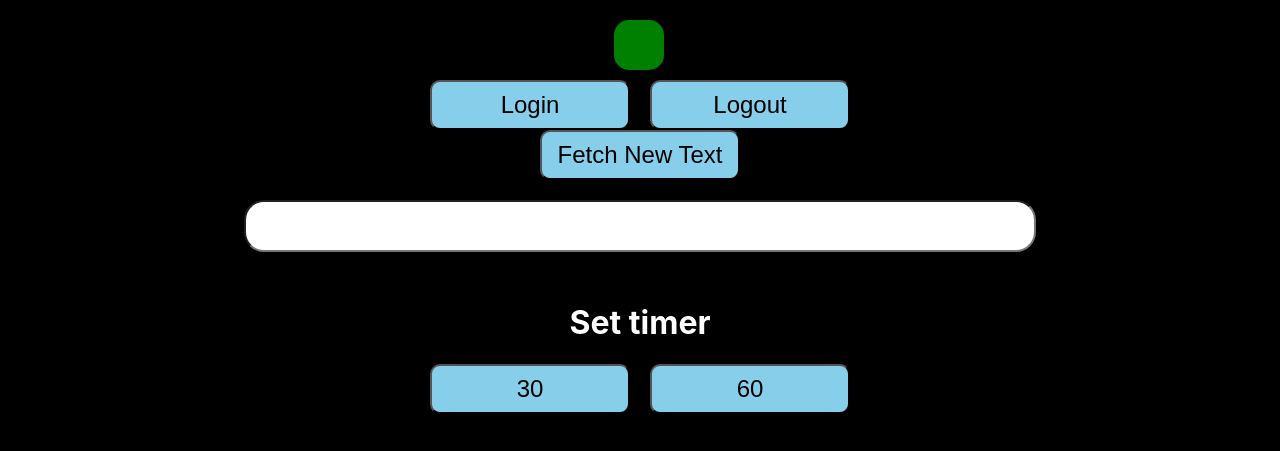
Repository: abhaysharma20233009/swiftKey
Page: / (app in frontend/my-app/)
An editor plug-in stored every save of this project. The page is shown before and after the next save, followed by the edit.
The browser window is 1280 px wide. The pictures show the whole page.
The page's requests for data from a server got no answer. The project was rebuilt for these pictures with package versions that can differ from the ones it lists, and the page was loaded fresh each time. No one was signed in, and anything a server would have sent is missing. Also part of the build but not shown: frontend/my-app/src/Results.js, frontend/my-app/src/Login.js.

Above is the page before, as saved 2024-10-10 19:49:54.

### frontend/my-app/src/App.js
//App.js

import './App.css';
import React from 'react';
import { BrowserRouter as Router, Route, Routes } from 'react-router-dom';
import Swift from './Swifts';
import Results from './Results';
import Login from './Login';
const App = () => {
    return (
        <Router>
			<div className="App">
            <Routes>
                <Route path="/" element={<Swift />} />
                <Route path="/results" element={<Results />} />
                <Route path="/login" element={<Login />} />
            </Routes>
			</div>
        </Router>
    );
};

export default App;

### frontend/my-app/src/App.css
.App {
  text-align: center;
  color:white;
}

body{
  background-color:black;
}

.log{
  color:black;
  margin-left: 10px;
  margin-right: 10px;
  background-color: skyblue;
  border-radius: 10px;
  height:50px;
  width:200px;
  justify-self: end;
  font-size: x-large;
}




.in{
  border-radius:20px;
  font-size: 24px;
  width: 60%;
  padding: 10px;
  margin: 20px 0;
}

.hea{
  margin-top: 100px;
  margin-bottom: 50px;
  margin-left:25%;
  background-color: lightgray;
  font-size: 24px;
  background-color:green;
  width:50%;
  height:50px;
  border-radius:30px;
  text-align: center;
}

.lo{
  text-align:center;
}
.Timer{
  height:50px;
  font-size:30px;
  margin-bottom: 10px;
  background-color:green;
  width:50px;
  margin-left:48%;
  border-radius: 15px;
}

### frontend/my-app/src/Swifts.js
import React, { useState, useEffect } from 'react';
import { useNavigate, useLocation } from 'react-router-dom';

function Swifts() {
    const [message, setMessage] = useState('');
    const [inputValue, setInputValue] = useState('');
    const [currentWordIndex, setCurrentWordIndex] = useState(0);
    const [time, setTime] = useState(0);
    const navigate = useNavigate();
    const location = useLocation();
    const [countdown, setCountdown] = useState(null);
    const  [wordTyped,setWordTyped]=useState(0);

    // Retrieve username from location state

    const username = location.state?.username || '';
   const email=location.state?.email || '';
    const fetchMessages = async () => {
        try {
            const response = await fetch('http://localhost:7000/random-paragraph');
            const data = await response.json();
            if (data && typeof data === 'string') {
                setMessage(data);
                setInputValue('');
                setCurrentWordIndex(0);
            } else {
                console.error('Invalid data format:', data);
            }
        } catch (error) {
            console.error('Error fetching messages:', error);
        }
    };

    useEffect(() => {
        fetchMessages();
    }, []);
    const fetchUser = async () => {
        try {
            await fetch('http://localhost:7000/login');

        } catch (error) {
            console.error('Error fetching messages:', error);
        }
    };
    const logout=async(username,email)=>{
        try {
            await fetch(`http://localhost:7000/login`, {
                method: 'DELETE',
                headers: {
                    'Content-Type': 'application/json',
                },
                body: JSON.stringify({username, email }),
            });
            // Fetch messages to update the list
           await fetchUser();
        } catch (error) {
            console.error('Error deleting message:', error);
        }
        }


    const handleInputChange = (e) => {
        const value = e.target.value;
        setInputValue(value);

        const words = message.split(' ');
        const currentWord = words[currentWordIndex];

        if (currentWord && currentWord.startsWith(value.trim())) {
            if (value.trim() === currentWord) {
                setCurrentWordIndex((prevIndex) => prevIndex + 1);
                setInputValue('');
            }
        }
    };

    useEffect(() => {
        if (time > 0) {
            setCountdown(time); // Set countdown to the selected time
        }
    }, [time]);

    useEffect(() => {
        if (countdown > 0) {
            const timer = setInterval(() => {

                setCountdown((prev) => prev - 1);
            }, 1000);

            return () => clearInterval(timer);
        }
    }, [countdown]);
    useEffect(() => {
        if (time > 0) {
            setWordTyped(currentWordIndex*60/time);
            const timer = setTimeout(() => {
                navigate('/results', { state: { wordTyped, username ,email} });
            }, time * 1000);

            return () => clearTimeout(timer);
        }
    }, [time,currentWordIndex, wordTyped, navigate, username ,email]);
    const words = message.split(' ');
    const currentWord = words[currentWordIndex] || '';

    return (
        <div style={{ textAlign: 'center', marginTop: '20px' }}>
              <div class="Timer">{countdown}</div>
            {username && <h2>Welcome, {username}!</h2>}
            <button className="log" onClick={() => navigate('/login')}>Login</button>
            <button className="log" onClick={()=>logout(username,email)}>Logout</button>
            <br />
            <button className="log" onClick={fetchMessages}>Fetch New Text</button>
            <br />
            <input
                className='in'
                type="text"
                value={inputValue}
                onChange={handleInputChange}
                placeholder={currentWord.slice(inputValue.length)}
            />
            <div className="lo">
                <div style={{ fontSize: '24px', marginTop: '10px', textAlign: 'center', display: 'flex', flexWrap: 'wrap' }}>
                    {words.map((word, index) => {
                        const isCurrentWord = index === currentWordIndex;
                        const isTypedWord = index < currentWordIndex;

                        return (
                            <span
                                key={index}
                                style={{
                                    padding: '0 5px',
                                    color: isCurrentWord ? 'blue' : (isTypedWord ? 'gray' : 'white'),
                                    textDecoration: isTypedWord ? 'line-through' : 'none',
                                }}
                            >
                                {word}
                            </span>
                        );
                    })}
                </div>
            </div>
            <h1>Set timer</h1>
            <button className="log" onClick={() => setTime(30)}>30</button>
            <button className="log" onClick={() => setTime(60)}>60</button>


        </div>
    );
}

export default Swifts;

Loaded but not shown: frontend/my-app/public/index.html (common file); frontend/my-app/src/index.js (common file); frontend/my-app/src/index.css (common file); frontend/my-app/src/reportWebVitals.js (common file)

After the next save:
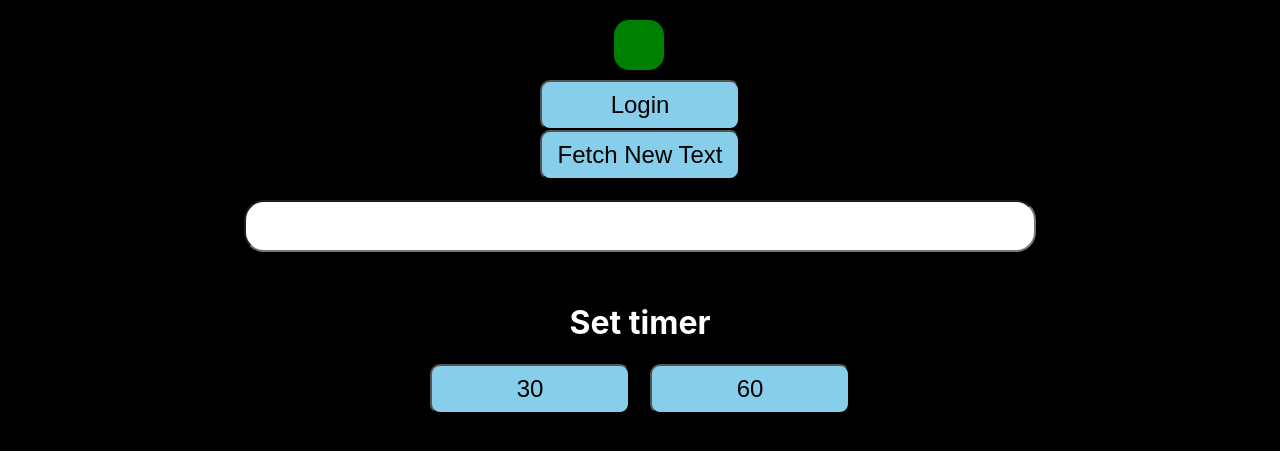
Saved 78 s later.
--- a/frontend/my-app/src/Swifts.js
+++ b/frontend/my-app/src/Swifts.js
@@ -34,29 +34,7 @@ function Swifts() {
     useEffect(() => {
         fetchMessages();
     }, []);
-    const fetchUser = async () => {
-        try {
-            await fetch('http://localhost:7000/login');
 
-        } catch (error) {
-            console.error('Error fetching messages:', error);
-        }
-    };
-    const logout=async(username,email)=>{
-        try {
-            await fetch(`http://localhost:7000/login`, {
-                method: 'DELETE',
-                headers: {
-                    'Content-Type': 'application/json',
-                },
-                body: JSON.stringify({username, email }),
-            });
-            // Fetch messages to update the list
-           await fetchUser();
-        } catch (error) {
-            console.error('Error deleting message:', error);
-        }
-        }
 
 
     const handleInputChange = (e) => {
@@ -108,7 +86,7 @@ function Swifts() {
               <div class="Timer">{countdown}</div>
             {username && <h2>Welcome, {username}!</h2>}
             <button className="log" onClick={() => navigate('/login')}>Login</button>
-            <button className="log" onClick={()=>logout(username,email)}>Logout</button>
+            {/* <button className="log" onClick={()=>logout(username,email)}>Logout</button> */}
             <br />
             <button className="log" onClick={fetchMessages}>Fetch New Text</button>
             <br />
